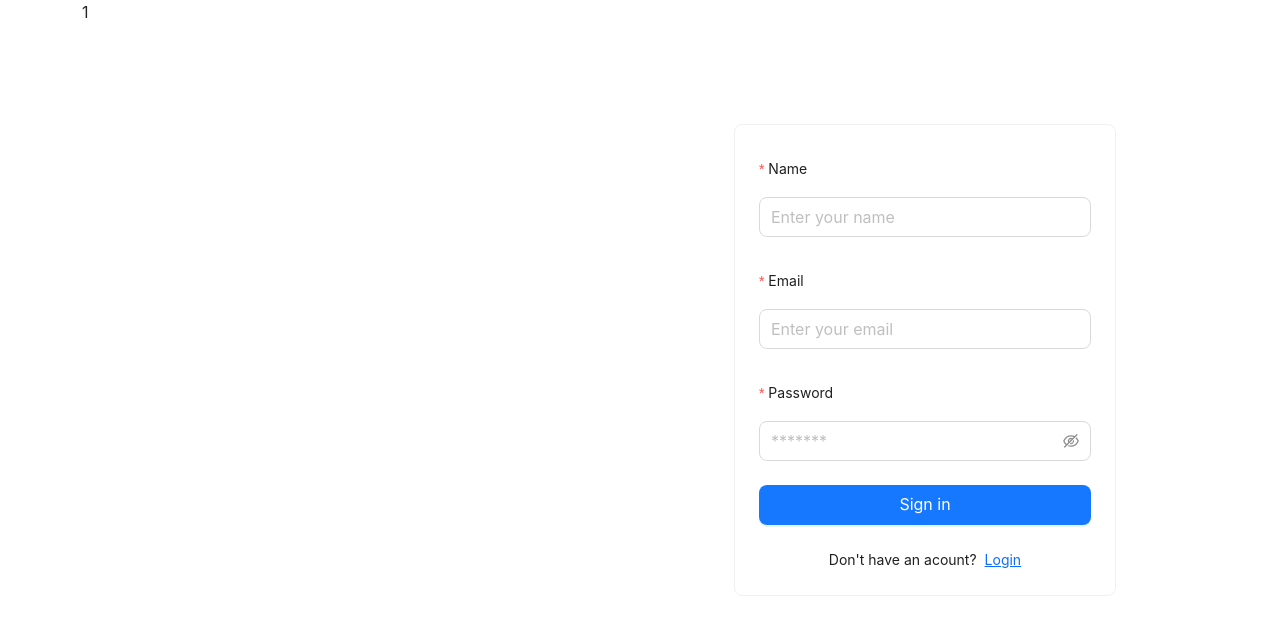
Repository: di-huynh-dev/kanban-inventory-management
Page: /sign-up
These files come from the project's save history. The page is drawn as it stood at one moment and after the next save; the edit follows.
The browser window is 1280 px wide. The pictures show the whole page.
The project was rebuilt for these pictures with package versions that can differ from the ones it lists, and the page was loaded fresh each time. Also part of the build but not shown: src/App.css, src/pages/auth/Login.tsx, src/routers/MainRouter.tsx.

Above is the page before, as saved 2024-09-07 12:34:20.

After the next save:
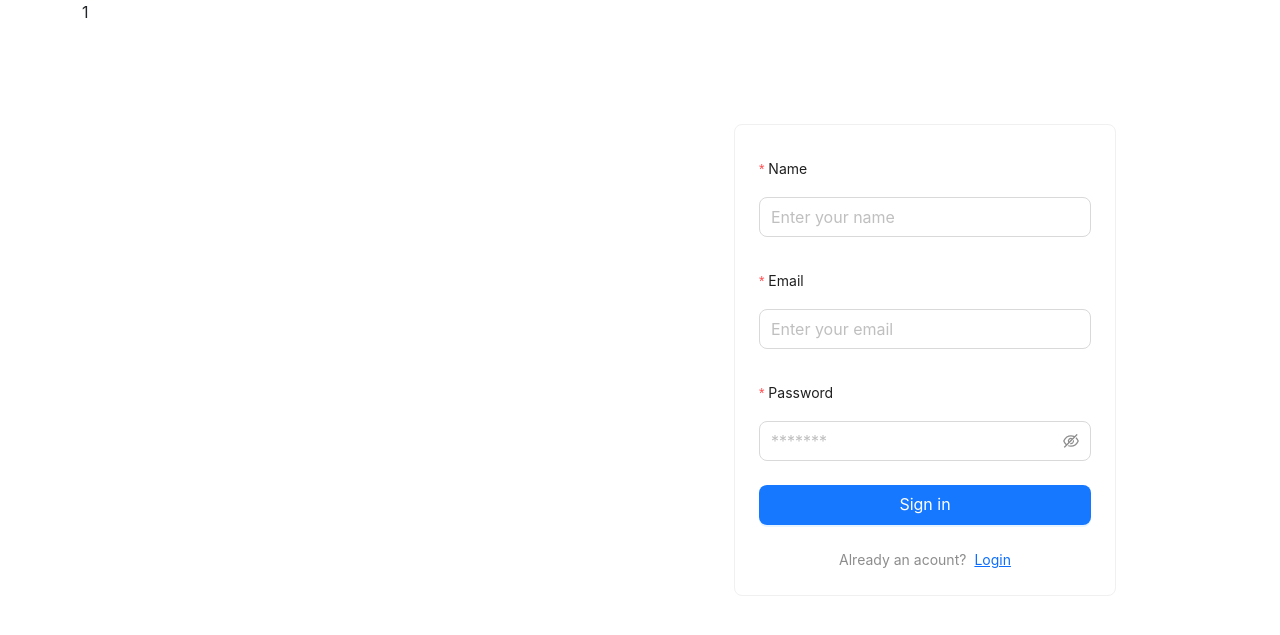
Saved 36 s later.
--- a/src/pages/auth/SignUp.tsx
+++ b/src/pages/auth/SignUp.tsx
@@ -71,8 +71,8 @@ const SignUpPage = () => {
         </Form>
         <div className="mt-3 text-center">
           <Space>
-            <Text>Don't have an acount? </Text>
-            <Link to={'/'}>Login</Link>
+            <Text type="secondary">Already an acount? </Text>
+            <Link to={'/login'}>Login</Link>
           </Space>
         </div>
       </Card>
